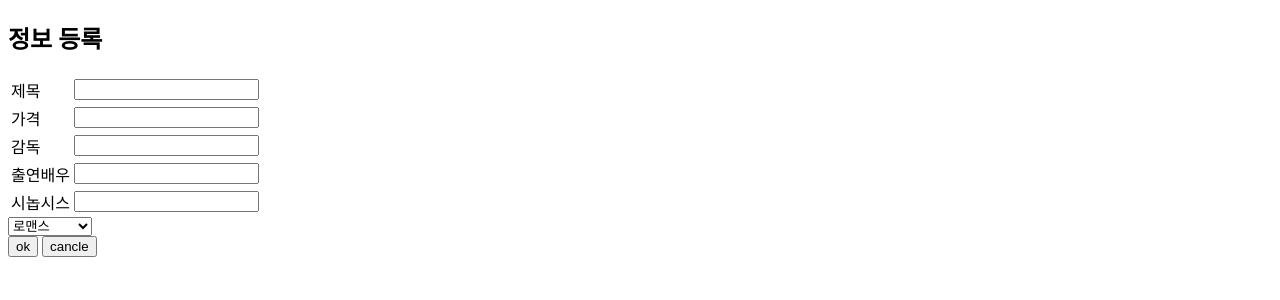
Repository: supremehappy/JSP_test02
Page: http://localhost/test/JSP_Test_06_3_movieWriteForm.jsp
The author's editor kept a copy of each file at every save. The page is drawn from the files as they stood at one save, then again after the next save.
The browser window is 1280 px wide. The pictures show the whole page.
The page is served by Tomcat 9.

Above is the page before, as saved 2017-07-17 08:03:16.

After the next save:
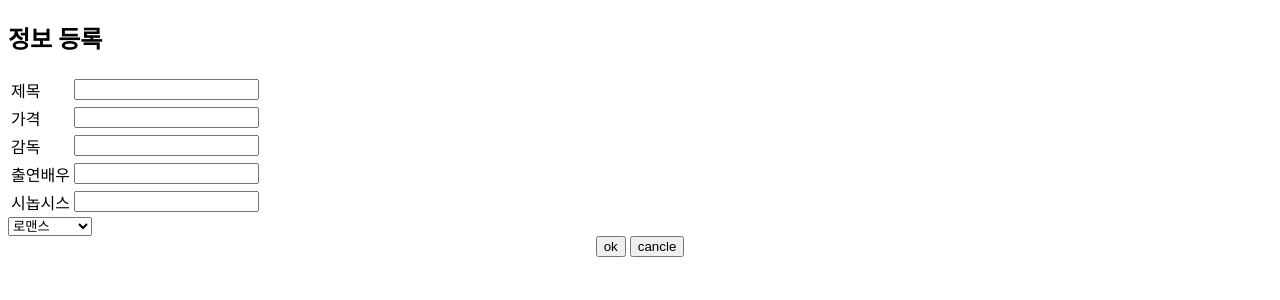
Saved 84 s later.
--- a/test/WebContent/JSP_Test_06_3_movieWriteForm.jsp
+++ b/test/WebContent/JSP_Test_06_3_movieWriteForm.jsp
@@ -5,6 +5,11 @@
 <head>
 <meta http-equiv="Content-Type" content="text/html; charset=UTF-8">
 <title>Insert title here</title>
+<style>
+	div{
+		text-align: center;
+	}
+</style>
 </head>
 <body>
 <form action="JSP_Test_06_3_movieWrite.jsp" method="post">
